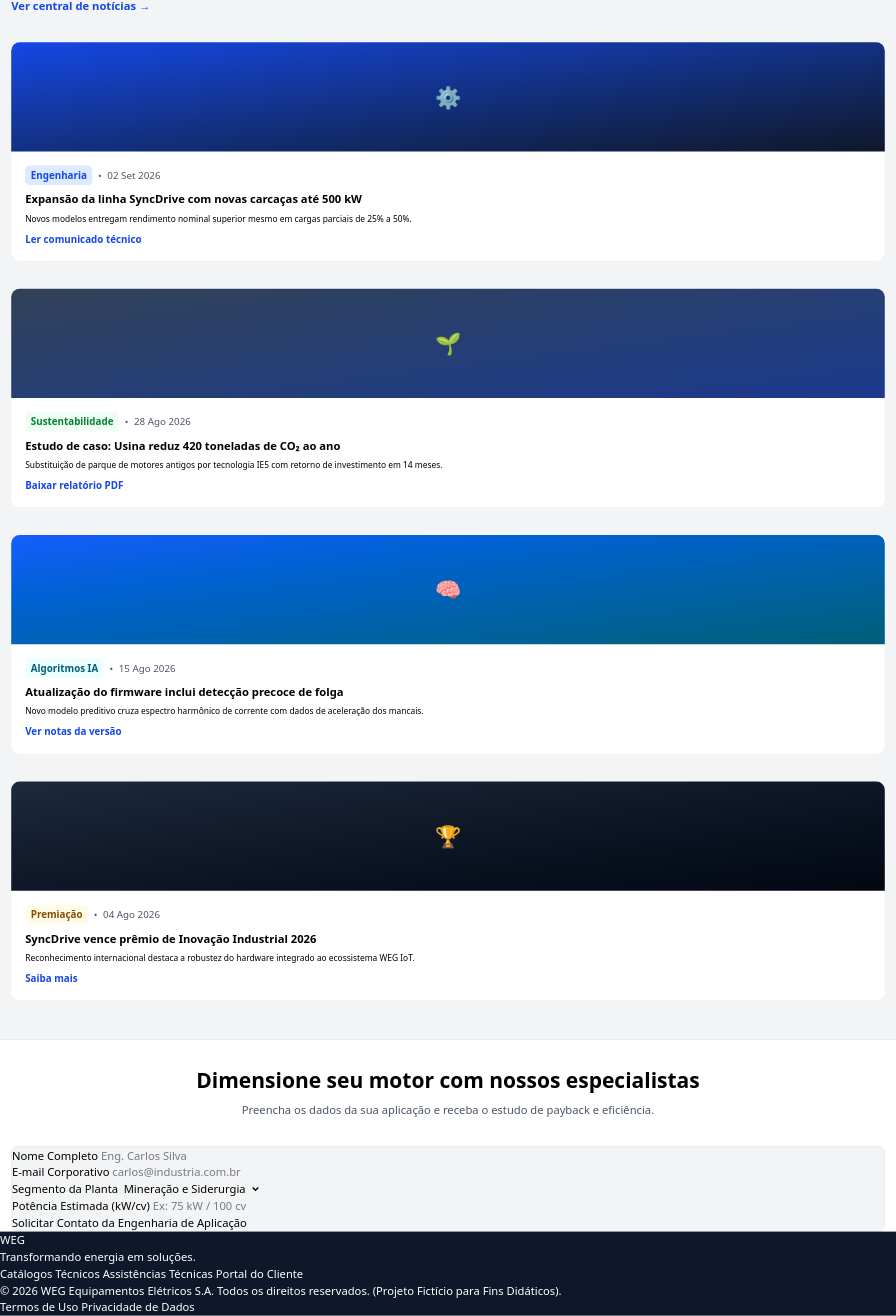
Repository: camilewng/Exercicio-Tailwind
Page: index.html
The author's editor kept a copy of each file at every save. The page is drawn from the files as they stood at one save, then again after the next save.
The browser window is 1280 px wide. The pictures show the part of the page from y = 3028 to 4948 px (the page is 4908 px tall before and 4948 px after), at 70% of full size.

Above is the page before, as saved 2026-09-14 16:30:44.

### index.html
<!DOCTYPE html>
<html lang="pt-BR">
<head>
  <meta charset="UTF-8">
  <meta name="viewport" content="width=device-width, initial-scale=1.0">
  <title>WEG SyncDrive IoT - Exercício Tailwind CSS</title>
  <script src="https://cdn.jsdelivr.net/npm/@tailwindcss/browser@4"></script>
</head>
<body>

  <!-- ==========================================
       1. HEADER / NAVBAR
       Desafio:
       - Fixar no topo (sticky top-0) com fundo translúcido/blur.
       - Logo WEG em destaque com fundo azul industrial.
       - Menu oculto em telas pequenas e visível em lg:.
  =========================================== -->
  <header>
    <div class="flex flex-row justify-between border-b border-gray-300 mb-15">
      <div class="flex">
        <div class="bg-blue-600 text-white text-2xl font-black w-20 h-10 text-center pt-0.75 rounded-sm m-3">
          WEG
        </div>
        <div class="flex flex-col border-l-2 border-gray-300 h-10 pl-2 mt-3">
          <span class="font-bold">SyncDrive</span>
          <span class="text-blue-600 uppercase font-medium text-xs">Industrial IoT</span>
        </div>
      </div>

      <nav class="hidden">
        <a href="#solucao">A Solução</a>
        <a href="#recursos">Tecnologia</a>
        <a href="#metricas">Performance</a>
        <a href="#aplicacoes">Aplicações</a>
        <a href="#novidades">Notícias</a>
      </nav>

      <div class="flex">
        <a href="#contato" class="hidden">Falar com Consultor</a>
        <a href="#contato" class="bg-blue-600 text-white px-4 py-2 mr-3 mt-3 mb-3 rounded-sm font-medium">
          Especificar Motor
        </a>
      </div>
    </div>
  </header>

  <main >
    <!-- ==========================================
         2. HERO SECTION
         Desafio:
         - Layout em grid de 2 colunas no desktop (texto + painel de telemetria).
         - Centralizado no mobile, alinhado à esquerda em lg:.
         - Estilizar o card escuro de telemetria com badges e status.
    =========================================== -->
    <section id="solucao" class="bg-gradient-to-t from-gray-200 to-white pb-15" >
      <div>
      <div >
        <div>

          <!-- Coluna 1: Conteúdo Textual -->
          <div class="flex flex-col">
            <span class="bg-blue-50 border border-blue-300 uppercase text-sm text-blue-600
                         font-semibold p-1 px-3 rounded-4xl flex mx-11 mb-6">
              Indústria 4.0 & Manutenção Preditiva
            </span>
            <h1 class="font-black text-3xl text-center w-85 mx-8 mb-6 leading-9">WEG SyncDrive: Confiabilidade extrema com inteligência preditiva.</h1>
            <p class="text-gray-600 text-center mx-2 mb-6">
              O motor elétrico síncrono que combina rendimento ultra-premium (IE5), sensoriamento integrado de vibração e temperatura e conectividade instantânea com a nuvem WEG IoT.
            </p>
            <div class="flex flex-col">
              <a href="#contato" class="bg-blue-600 mx-4 text-white flex justify-center font-medium py-3 rounded-sm mb-3">
                Solicitar Folha de Dados
              </a>
              <a href="#recursos" class="border border-gray-300 text-gray-700 font-semibold flex justify-center mx-4 py-3 rounded-sm bg-white mb-10">
                Conhecer a Arquitetura
              </a>
            </div>
          </div>

          <!-- Coluna 2: Card de Telemetria IoT -->
          <div class="bg-slate-900 text-white mx-4 rounded-2xl p-7 ">
            <div>
              <div class="flex justify-between border-b border-gray-600 mb-3">
                <span class="text-blue-400 text-sm mb-4">NODE_ID: WEG-MTR-8842</span>
                <div>
                  <span></span>
                  <span class="flex text-sm text-gray-400">Online 60Hz</span>
                </div>
              </div>

              <div>
                <div class="bg-slate-800 p-3 rounded-lg mb-4">
                  <span  class="text-sm text-gray-400">Eficiência Energética</span>
                  <div class="font-bold text-2xl">96.8% <span class="text-green-300 font-normal text-sm">(Padrão IE5)</span></div>
                </div>

                <div class="flex flex-row gap-4">
                  <div class="bg-slate-800 p-4 rounded-lg mb-4">
                    <span class="text-gray-400 text-sm">Vibração RMS</span>
                    <div class="font-semibold text-xl pb-2 pr-5">0.82 mm/s</div>
                    <span class="text-green-300 text-xs">✓ Faixa Ideal ISO</span>
                  </div>
                  <div class="bg-slate-800 p-4 rounded-lg mb-4">
                    <span class="text-gray-400 text-sm" >Temp. Mancal</span>
                    <div class="font-semibold text-xl pr-13 pb-2">62.4 °C</div>
                    <span class="text-blue-400 text-xs">Normal (PT100)</span>
                  </div>
                </div>

                <div class="bg-blue-950 text-xs px-3 py-3 text-blue-200/90 rounded-lg border border-blue-500/30">
                  ⚡ Previsão de manutenção: operação normal pelos próximos 12 meses.
                </div>
              </div>
            </div>
          </div>

        </div>
      </div>
    </section>

    <!-- ==========================================
         3. RECURSOS / ESPECIFICAÇÕES TÉCNICAS
         Desafio:
         - Grid responsivo de 3 colunas (1 col mobile, 3 cols desktop).
         - Efeito hover nos cards com transição suave de borda ou sombra.
    =========================================== -->
    <section id="recursos" class="p-5">
      <div>
        <div>
          <h2 class="font-black text-3xl text-center mt-12 mb-4">Engenharia pensada para regime contínuo</h2>
          <p class="text-gray-600 text-center mb-15">Projetado para suportar ambientes industriais severos sem comprometer o fluxo operacional.</p>
        </div>

        <div>
          <article class="bg-gray-100 p-5 rounded-lg border border-gray-300/80 mb-8">
            <div class="flex justify-center items-center bg-blue-100 w-11 h-11 rounded-lg mb-4">⚙️</div>
            <h3 class="text-xl font-bold mb-3">Nível de Rendimento IE5</h3>
            <p class="text-gray-600">Rotores com ímãs permanentes de terras raras que eliminam perdas por efeito Joule no rotor, gerando até 35% de economia em perdas elétricas.</p>
          </article>

          <article class="bg-gray-100 p-5 rounded-lg border border-gray-300/80 mb-8">
            <div class="flex justify-center items-center bg-blue-100 w-11 h-11 rounded-lg mb-4">📡</div>
            <h3 class="text-xl font-bold mb-3">Módulo IoT Plug & Play</h3>
            <p class="text-gray-600">Sensores triaxiais acoplados de fábrica comunicando via Bluetooth Low Energy ou redes industriais cabeadas diretamente com o gateway da planta.</p>
          </article>

          <article class="bg-gray-100 p-5 rounded-lg border border-gray-300/80 mb-8">
            <div class="flex justify-center items-center bg-blue-100 w-11 h-11 rounded-lg mb-4">🛡️</div>
            <h3 class="text-xl font-bold mb-3">Grau de Proteção IP66 / W3</h3>
            <p class="text-gray-600">Carcaça em ferro fundido de alta resistência mecânica com pintura anticorrosiva de alto desempenho, apto para atmosferas agressivas.</p>
          </article>
        </div>
      </div>
    </section>

    <!-- ==========================================
         4. MÉTRICAS / NÚMEROS INDUSTRIAIS
         Desafio:
         - Seção de alto contraste (fundo escuro slate-900).
         - Grid de 2 colunas no mobile e 4 colunas em telas maiores.
    =========================================== -->
    <section id="metricas" class="bg-slate-900">
      <div>
        <div class="grid grid-rows-2 grid-cols-2 pt-10 pb-5 px-8 gap-5">
          <div class="border-b border-gray-800 col-start-1 col-end-2 row-start-1 row-end-2">
            <div class="text-blue-400/90 font-black text-3xl text-center pb-1 pt-3">-70%</div>
            <div class="text-gray-300 text-sm pb-8">Paradas Não Planejadas</div>
          </div>
          <div  class="border-b border-gray-800 col-start-2 col-end-3 row-start-1 row-end-2 ">
            <div class="text-blue-400/90 font-black text-3xl text-center pb-1 pt-3">IE5</div>
            <div class="text-gray-300 text-sm">Classificação Energética</div>
          </div>
          <div class="col-start-1 col-end-2 row-start-2 row-end-3" >
            <div class="text-blue-400/90 font-black text-3xl text-center pb-1 pt-3">100k+</div>
            <div class="text-gray-300 text-xs">Horas de Vida dos Mancais</div>
          </div>
          <div class="col-start-2 col-end-3 row-start-2 row-end-3">
            <div class="text-blue-400/90 font-black text-3xl text-center pb-1 pt-3">24/7</div>
            <div class="text-gray-300 text-sm text-center">Telemetria em Nuvem</div>
          </div>
        </div>
      </div>
    </section>

    <!-- ==========================================
         5. APLICAÇÕES INDUSTRIAIS
         Desafio:
         - Grid de 4 colunas adaptável (1 col mobile, 2 sm, 4 lg).
         - Uso de tags de categoria uppercase com tipografia reduzida.
    =========================================== -->
    <section id="aplicacoes" class="pb-8 border-b border-gray-300/80">
      <div>
        <div>
          <h2 class="font-bold text-3xl text-center mt-15 mb-3">Projetado para indústrias críticas</h2>
          <p class="text-gray-600 text-center mx-5 mb-10">Linhas de montagem e processos onde a interrupção não é uma opção.</p>
        </div>

        <div class="flex flex-col">
          <div class="bg-gray-100 rounded-md border border-gray-300/80 mx-4 p-3 mb-6">
            <span class="uppercase text-blue-600 font-semibold text-sm">Mineração</span>
            <h4 class="text-xl font-bold mt-2 mb-2">Correias & Britadores</h4>
            <p class="text-gray-500 text-sm">Torque constante em baixas rotações sem necessidade de redutores pesados.</p>
          </div>

          <div class="bg-gray-100 rounded-md border border-gray-300/80 mx-4 p-3 mb-6">
            <span class="uppercase text-blue-600 font-semibold text-sm">Saneamento</span>
            <h4 class="text-xl font-bold mt-2 mb-2">Estações de Bombeamento</h4>
            <p class="text-gray-500 text-sm">Redução drástica do custo de kWh em bombas centrífugas de regime 24 horas.</p>
          </div>

          <div class="bg-gray-100 rounded-md border border-gray-300/80 mx-4 p-3 mb-6">
            <span class="uppercase text-blue-600 font-semibold text-sm">Papel & Celulose</span>
            <h4 class="text-xl font-bold mt-2 mb-2">Secadores e Bobinadeiras</h4>
            <p  class="text-gray-500 text-sm">Precisão milimétrica de sincronismo de velocidade entre rolos condutores.</p>
          </div>

          <div class="bg-gray-100 rounded-md border border-gray-300/80 mx-4 p-3 mb-6">
            <span class="uppercase text-blue-600 font-semibold text-sm">Agroindústria</span>
            <h4 class="text-xl font-bold mt-2 mb-2">Silos & Ventiladores</h4>
            <p class="text-gray-500 text-sm">Operação imune a poeira condutiva com baixo índice de aquecimento residual.</p>
          </div>
        </div>
      </div>
    </section>

    <!-- ==========================================
         6. NOVIDADES / NOTÍCIAS (4 ITENS)
         Desafio:
         - Cabeçalho com alinhamento justify-between.
         - 4 cards em grid: 1 col (mobile), 2 cols (md), 4 cols (lg).
         - Imagem/banner visual com gradiente em cada notícia.
         - Flexbox nos cards para fixar o link de leitura no rodapé.
    =========================================== -->
    <section id="novidades" class="bg-gray-100 p-4 border-b border-gray-200">
      <div>

        <div>
          <div class="flex flex-col">
            <span class="uppercase text-blue-700 font-semibold text-sm mt-15">Sala de Imprensa & Artigos</span>
            <h2 class="font-black text-3xl mt-2 mb-4">Últimas notícias WEG SyncDrive</h2>
          </div class="flex">
          <a href="#" class="text-blue-700 font-semibold">Ver central de notícias →</a>
        </div>

        <div>
          <!-- Notícia 1 -->
          <article class="bg-white rounded-xl mt-10">
            <div class="text-3xl py-15 text-center bg-gradient-to-br from-blue-700 to-slate-900 rounded-t-xl ">⚙️</div>
            <div class="px-5 py-5">
              <div class="flex">
                <span class="bg-blue-100 py-1 px-2 rounded-md text-blue-700 font-semibold text-sm mb-2 mr-2">Engenharia</span>
                <span class="text-gray-600 text-sm mr-2 pt-1">•</span>
                <time class="text-gray-600 text-sm pt-1">02 Set 2026</time>
              </div>
              <h3>
                <a href="#" class="font-bold text-md">Expansão da linha SyncDrive com novas carcaças até 500 kW</a>
              </h3>
              <p class="text-xs py-2">Novos modelos entregam rendimento nominal superior mesmo em cargas parciais de 25% a 50%.</p>
              <a href="#" class="text-blue-700 font-semibold text-sm">Ler comunicado técnico</a>
            </div>
          </article>

          <!-- Notícia 2 -->
          <article class="bg-white rounded-xl mt-10">
            <div class="text-3xl py-15 text-center bg-gradient-to-br from-slate-700 to-blue-900 rounded-t-xl ">🌱</div>
            <div class="px-5 py-5">
              <div class="flex">
                <span class="bg-green-50 py-1 px-2 rounded-md text-green-700 font-semibold text-sm mb-2 mr-2">Sustentabilidade</span>
                <span class="text-gray-600 text-sm mr-2 pt-1">•</span>
                <time class="text-gray-600 text-sm pt-1">28 Ago 2026</time>
              </div>
              <h3>
                <a href="#" class="font-bold text-md">Estudo de caso: Usina reduz 420 toneladas de CO₂ ao ano</a>
              </h3>
              <p class="text-xs py-2">Substituição de parque de motores antigos por tecnologia IE5 com retorno de investimento em 14 meses.</p>
              <a href="#" class="text-blue-700 font-semibold text-sm">Baixar relatório PDF</a>
            </div>
          </article>

          <!-- Notícia 3 -->
          <article class="bg-white rounded-xl mt-10">
            <div class="text-3xl py-15 text-center bg-gradient-to-br from-blue-600 to-cyan-800 rounded-t-xl ">🧠</div>
            <div class="px-5 py-5">
              <div class="flex">
                <span class="bg-cyan-50 py-1 px-2 rounded-md text-cyan-800 font-semibold text-sm mb-2 mr-2">Algoritmos IA</span>
                <span class="text-gray-600 text-sm mr-2 pt-1">•</span>
                <time class="text-gray-600 text-sm pt-1">15 Ago 2026</time>
              </div>
              <h3>
                <a href="#" class="font-bold text-md">Atualização do firmware inclui detecção precoce de folga</a>
              </h3>
              <p class="text-xs py-2">Novo modelo preditivo cruza espectro harmônico de corrente com dados de aceleração dos mancais.</p>
              <a href="#" class="text-blue-700 font-semibold text-sm">Ver notas da versão</a>
            </div>
          </article>

          <!-- Notícia 4 -->
          <article class="bg-white rounded-xl mt-10 mb-10">
            <div class="text-3xl py-15 text-center bg-gradient-to-br from-slate-800 to-gray-950 rounded-t-xl ">🏆</div>
            <div class="px-5 py-5">
              <div class="flex">
                <span class="bg-yellow-50 py-1 px-2 rounded-md text-yellow-800 font-semibold text-sm mb-2 mr-2">Premiação</span>
                <span class="text-gray-600 text-sm mr-2 pt-1">•</span>
                <time class="text-gray-600 text-sm pt-1">04 Ago 2026</time>
              </div>
              <h3>
                <a href="#" class="font-bold text-md">SyncDrive vence prêmio de Inovação Industrial 2026</a>
              </h3>
              <p class="text-xs py-2">Reconhecimento internacional destaca a robustez do hardware integrado ao ecossistema WEG IoT.</p>
              <a href="#" class="text-blue-700 font-semibold text-sm">Saiba mais</a>
            </div>
          </article>
        </div>

      </div>
    </section>

    <!-- ==========================================
         7. FORMULÁRIO DE CONTATO / DIMENSIONAMENTO
         Desafio:
         - Inputs estilizados com focus rings.
         - Grid de formulário com campos em 2 colunas no desktop.
    =========================================== -->
    <section id="contato">
      <div>
        <div>
          <h2 class="text-3xl px-5 font-bold text-center pt-10 pb-3">Dimensione seu motor com nossos especialistas</h2>
          <p class="text-center px-5 text-gray-600 pb-10">Preencha os dados da sua aplicação e receba o estudo de payback e eficiência.</p>
        </div>

        <form class="bg-gray-100 mx-4 border border-gray-200 rounded-lg">
          <div>
            <div>
              <label>Nome Completo</label>
              <input type="text" placeholder="Eng. Carlos Silva">
            </div>
            <div>
              <label>E-mail Corporativo</label>
              <input type="email" placeholder="carlos@industria.com.br">
            </div>
          </div>

          <div>
            <div>
              <label>Segmento da Planta</label>
              <select>
                <option>Mineração e Siderurgia</option>
                <option>Papel e Celulose</option>
                <option>Saneamento e Água</option>
                <option>Química e Petroquímica</option>
                <option>Alimentos e Bebidas</option>
              </select>
            </div>
            <div>
              <label>Potência Estimada (kW/cv)</label>
              <input type="text" placeholder="Ex: 75 kW / 100 cv">
            </div>
          </div>

          <button type="submit">Solicitar Contato da Engenharia de Aplicação</button>
        </form>
      </div>
    </section>
  </main>

  <!-- ==========================================
       8. RODAPÉ / FOOTER
       Desafio:
       - Layout corporativo com tipografia sutil.
       - Disposição em flexbox responsivo (colunas empilhadas no mobile, linha no desktop).
  =========================================== -->
  <footer class="bg-slate-900 text-white">
    <div>
      <div>
        <div>
          <div>WEG</div>
          <span>Transformando energia em soluções.</span>
        </div>
        <div>
          <a href="#">Catálogos Técnicos</a>
          <a href="#">Assistências Técnicas</a>
          <a href="#">Portal do Cliente</a>
        </div>
      </div>
      <div>
        <p>© 2026 WEG Equipamentos Elétricos S.A. Todos os direitos reservados. (Projeto Fictício para Fins Didáticos).</p>
        <div>
          <a href="#">Termos de Uso</a>
          <a href="#">Privacidade de Dados</a>
        </div>
      </div>
    </div>
  </footer>

</body>
</html>

After the next save:
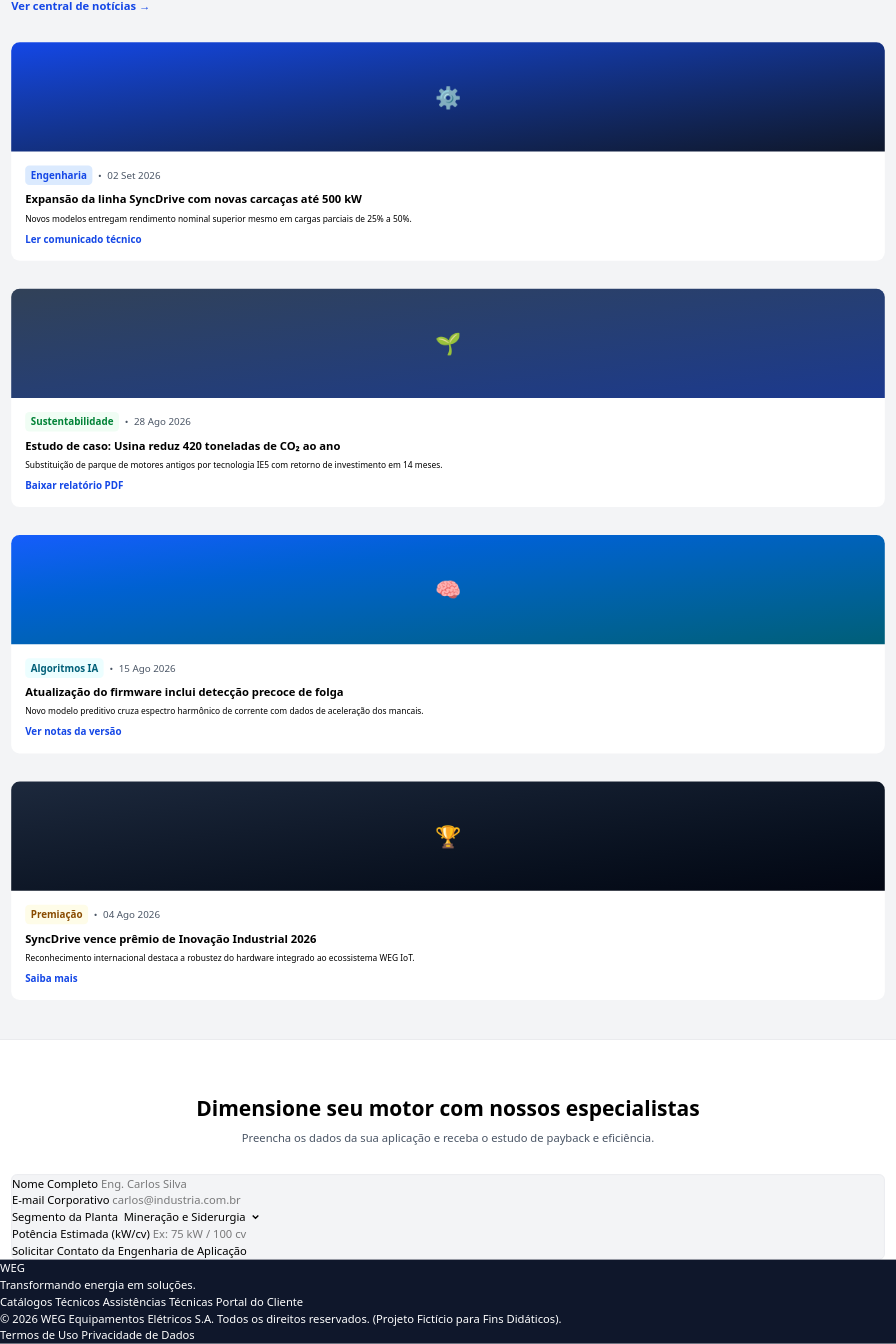
Saved 9 s later.
--- a/index.html
+++ b/index.html
@@ -324,7 +324,7 @@
     <section id="contato">
       <div>
         <div>
-          <h2 class="text-3xl px-5 font-bold text-center pt-10 pb-3">Dimensione seu motor com nossos especialistas</h2>
+          <h2 class="text-3xl px-5 font-bold text-center pt-10 pb-3 mt-10">Dimensione seu motor com nossos especialistas</h2>
           <p class="text-center px-5 text-gray-600 pb-10">Preencha os dados da sua aplicação e receba o estudo de payback e eficiência.</p>
         </div>
 
